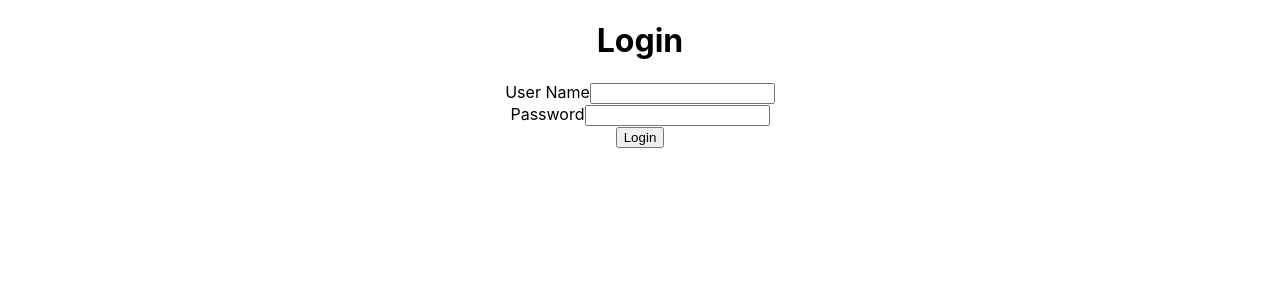
Repository: oboioz/SimpleTodoApp
Page: /todos (app in SimpleTodoAppFrontEnd/todo-app/)
These files come from the project's save history. The page is drawn as it stood at one moment and after the next save; the edit follows.
The browser window is 1280 px wide. The pictures show the whole page.
The project was rebuilt for these pictures with package versions that can differ from the ones it lists, and the page was loaded fresh each time. Also part of the build but not shown: SimpleTodoAppFrontEnd/todo-app/src/components/todo/Login/LoginStyle.css.

Above is the page before, as saved 2024-04-03 19:37:50.

### SimpleTodoAppFrontEnd/todo-app/src/App.js
import './App.css';
import TodoApp from './components/TodoApp';

function App() {
  return (
    <div className="App">
      <TodoApp />
    </div>
  )
}

export default App;

### SimpleTodoAppFrontEnd/todo-app/src/components/TodoApp.jsx
import LoginComponent from "./todo/Login/LoginComponent";

export default function TodoApp() {
    return (
        <div className="todo-app">
            <LoginComponent />
        </div>
    )
}

### SimpleTodoAppFrontEnd/todo-app/src/components/todo/Login/LoginComponent.jsx
import './LoginStyle.css';

function LoginComponent() {

    return (
        <div className="Login container">
            <div className="col">

            </div>
            <div className="col">
                <h1>Login</h1>
                <div className="LoginForm">
                    <div>
                        <label>User Name</label>
                        <input type="text" name="username" />
                    </div>
                    <div>
                        <label>Password</label>
                        <input type="password" name="password" />
                    </div>

                    <button type="button" name="login">Login</button>
                </div>
            </div>



        </div>

    )

}

export default LoginComponent;

Loaded but not shown: SimpleTodoAppFrontEnd/todo-app/public/index.html (common file); SimpleTodoAppFrontEnd/todo-app/src/index.js (common file); SimpleTodoAppFrontEnd/todo-app/src/index.css (common file); SimpleTodoAppFrontEnd/todo-app/src/reportWebVitals.js (common file); SimpleTodoAppFrontEnd/todo-app/src/App.css (common file)

After the next save:
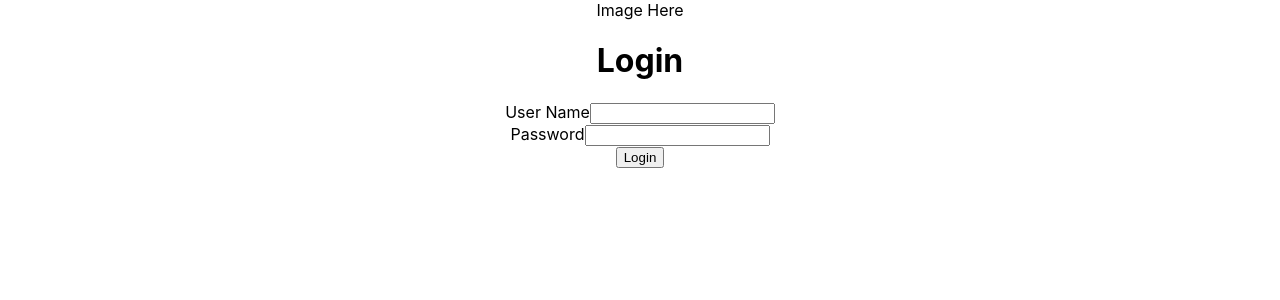
Saved 26 s later.
--- a/SimpleTodoAppFrontEnd/todo-app/src/components/todo/Login/LoginComponent.jsx
+++ b/SimpleTodoAppFrontEnd/todo-app/src/components/todo/Login/LoginComponent.jsx
@@ -5,7 +5,7 @@ function LoginComponent() {
     return (
         <div className="Login container">
             <div className="col">
-
+                Image Here
             </div>
             <div className="col">
                 <h1>Login</h1>
